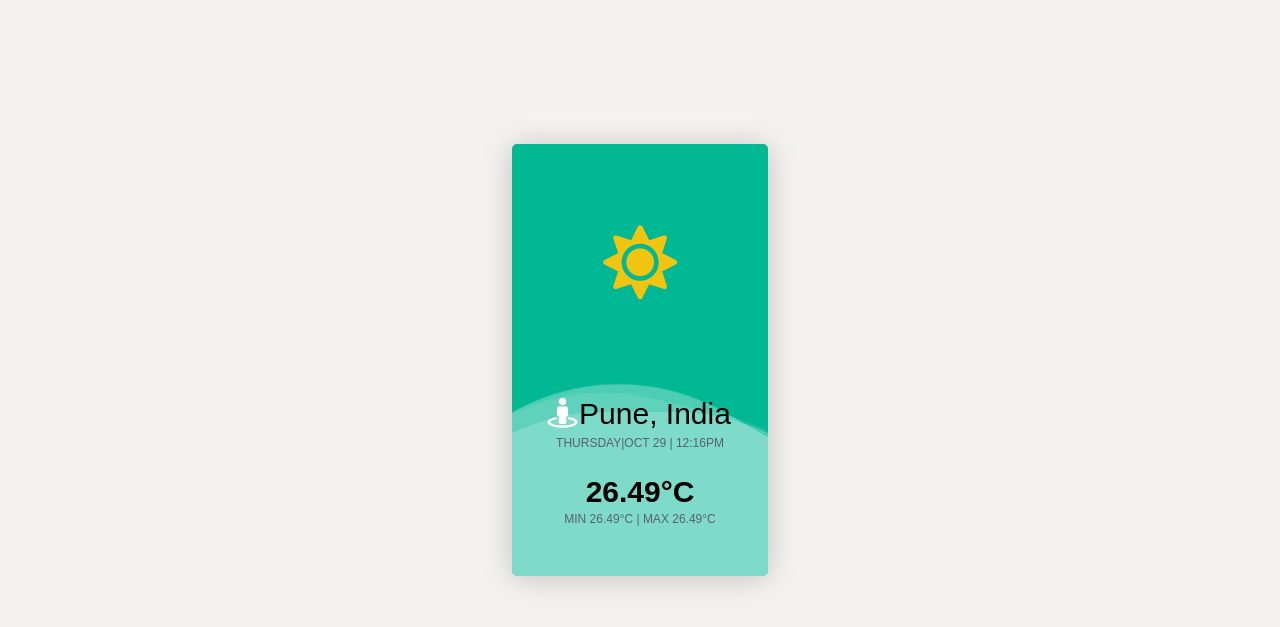
Repository: AalokJadhav/Weather_Website
Page: home.html
The author's editor kept a copy of each file at every save. The page is drawn from the files as they stood at one save, then again after the next save.
The browser window is 1280 px wide. The pictures show the whole page.
Some web libraries are served in a nearby version.

Above is the page before, as saved 2020-11-02 12:19:27.

After the next save:
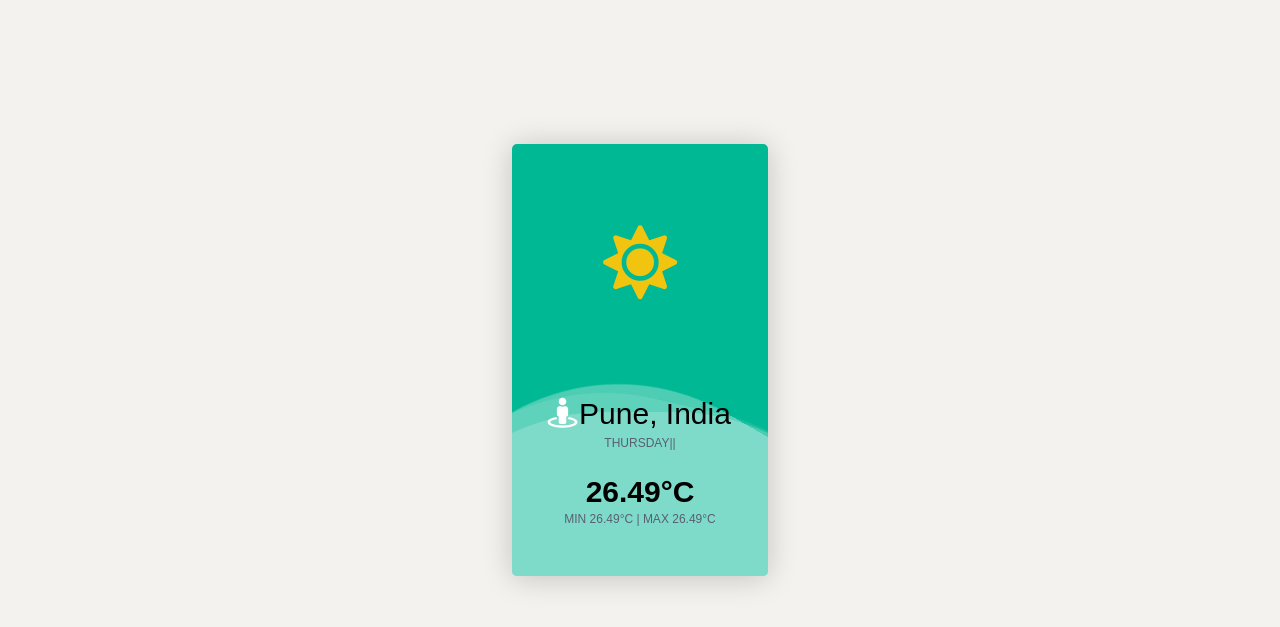
Saved 21 s later.
--- a/home.html
+++ b/home.html
@@ -286,7 +286,7 @@
             return `${month} ${date} | ${hours}:${mins}${periods}`
             console.log(month + "/", + day);
         };
-        curDate.innerHTML = getCurrentDay() + '|' + getCurrentTime()
+        curDate.innerHTML = getCurrentDay() + '|' + '|', getCurrentTime()
         getCurrentTime();
 
 

After the save that followed:
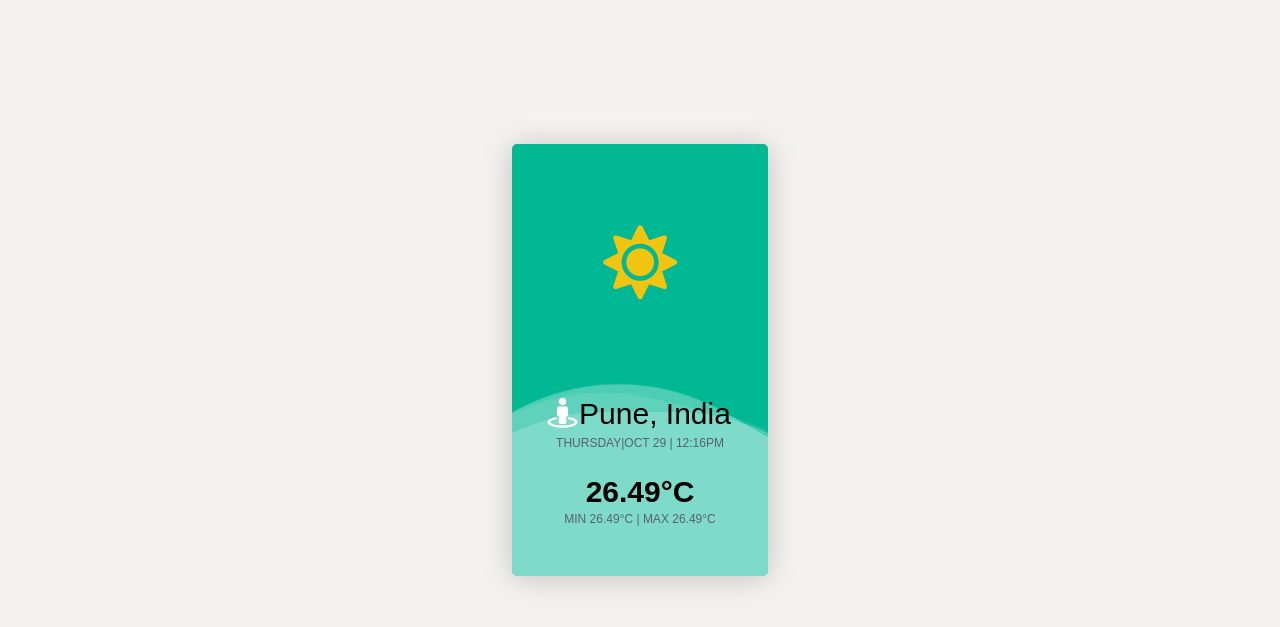
Saved 9 s later.
--- a/home.html
+++ b/home.html
@@ -286,7 +286,7 @@
             return `${month} ${date} | ${hours}:${mins}${periods}`
             console.log(month + "/", + day);
         };
-        curDate.innerHTML = getCurrentDay() + '|' + '|', getCurrentTime()
+        curDate.innerHTML = getCurrentDay() + '|' +  getCurrentTime()
         getCurrentTime();
 
 
